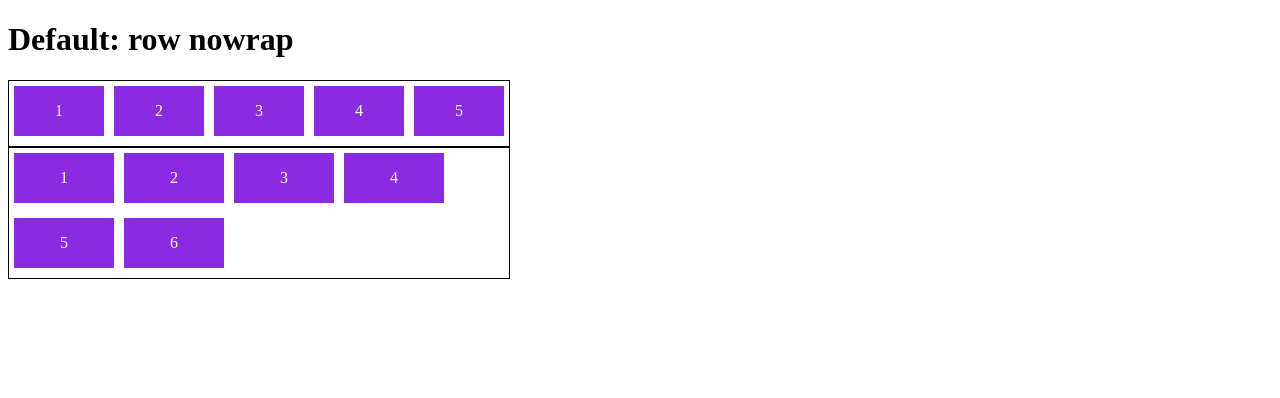
Repository: gabrielbino/projects-dio
Page: Flexbox/@flex-flow.html
The author's editor kept a copy of each file at every save. The page is drawn from the files as they stood at one save, then again after the next save.
The browser window is 1280 px wide. The pictures show the whole page.

Above is the page before, as saved 2021-10-22 17:05:59.

### Flexbox/@flex-flow.html
<!DOCTYPE html>
<html lang="en">
  <head>
    <meta charset="UTF-8" />
    <meta name="viewport" content="width=device-width, initial-scale=1.0" />
    <title>Fundamentos - Flex flow</title>

    <style>
      .flexContainer {
        display: flex;
        border: 1px solid black;
        max-width: 500px;
      }

      .default {
        flex-flow: row nowrap;
      }

      .wrap {
        flex-flow: row wrap;
      }

      .flexItem {
        width: 100px;
        height: 50px;
        margin: 5px;
        margin-bottom: 10px;
        text-align: center;
        line-height: 50px;
        background-color: blueviolet;
        color: white;
      }
    </style>
  </head>
  <body>
    <h1>Default: row nowrap</h1>
    <div class="flexContainer default">
      <div class="flexItem">1</div>
      <div class="flexItem">2</div>
      <div class="flexItem">3</div>
      <div class="flexItem">4</div>
      <div class="flexItem">5</div>
    </div>

    <div class="flexContainer wrap">
      <div class="flexItem">1</div>
      <div class="flexItem">2</div>
      <div class="flexItem">3</div>
      <div class="flexItem">4</div>
      <div class="flexItem">5</div>
      <div class="flexItem">6</div>
    </div>
  </body>
</html>

After the next save:
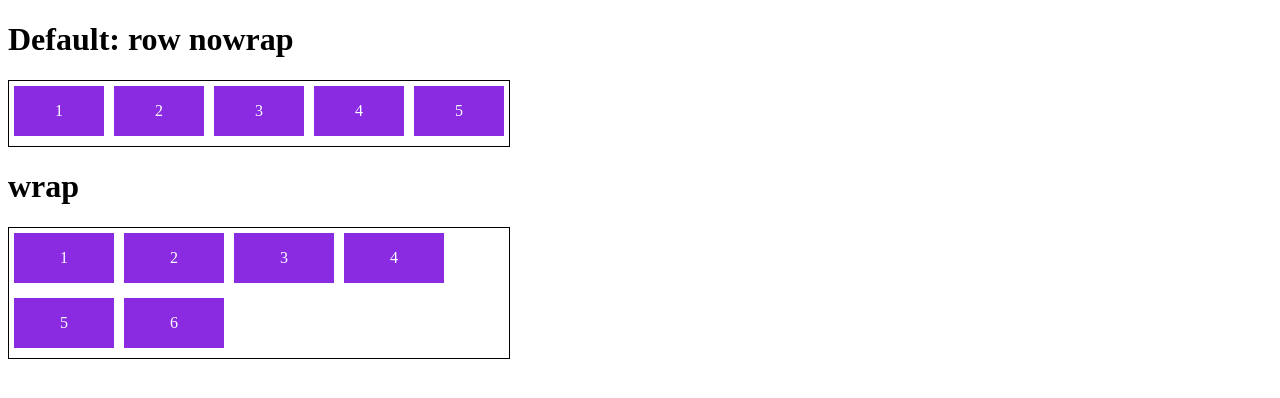
Saved 30 s later.
--- a/Flexbox/@flex-flow.html
+++ b/Flexbox/@flex-flow.html
@@ -42,6 +42,7 @@
       <div class="flexItem">5</div>
     </div>
 
+    <h1>wrap</h1>
     <div class="flexContainer wrap">
       <div class="flexItem">1</div>
       <div class="flexItem">2</div>
